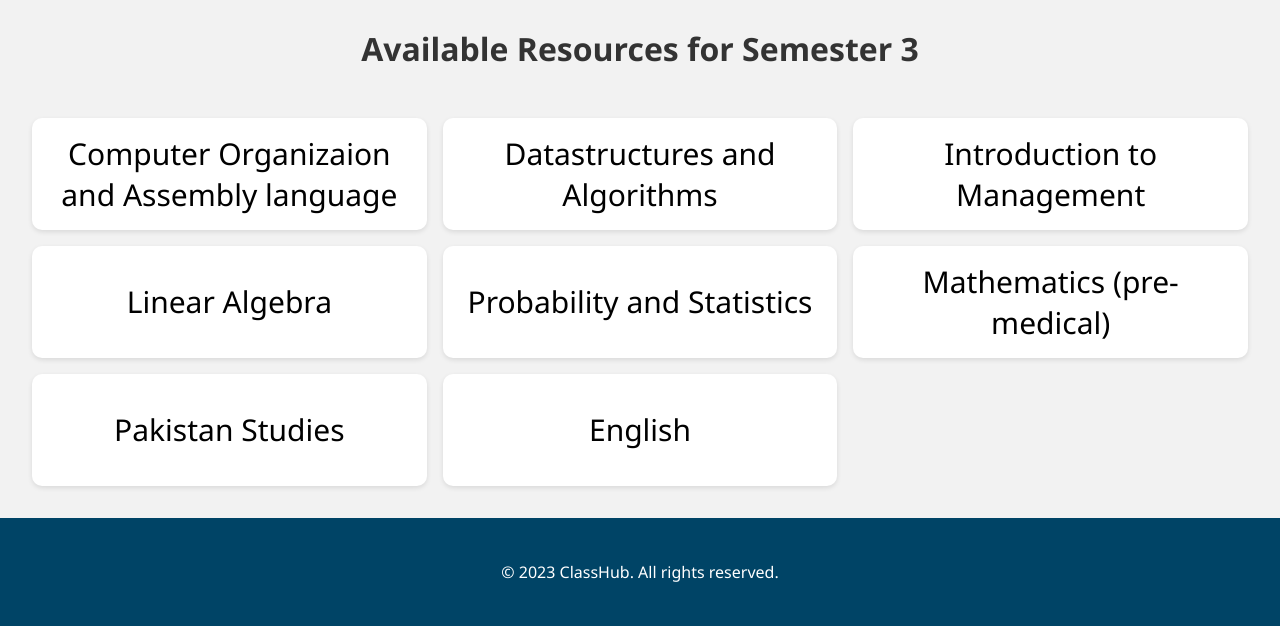
Repository: MariamSawera/eduNova
Page: semester3.html
An editor plug-in stored every save of this project. The page is shown before and after the next save, followed by the edit.
The browser window is 1280 px wide. The pictures show the part of the page from y = 294 to 920 px (the page is 920 px tall).

Above is the page before, as saved 2025-07-21 21:58:10.

After the next save:
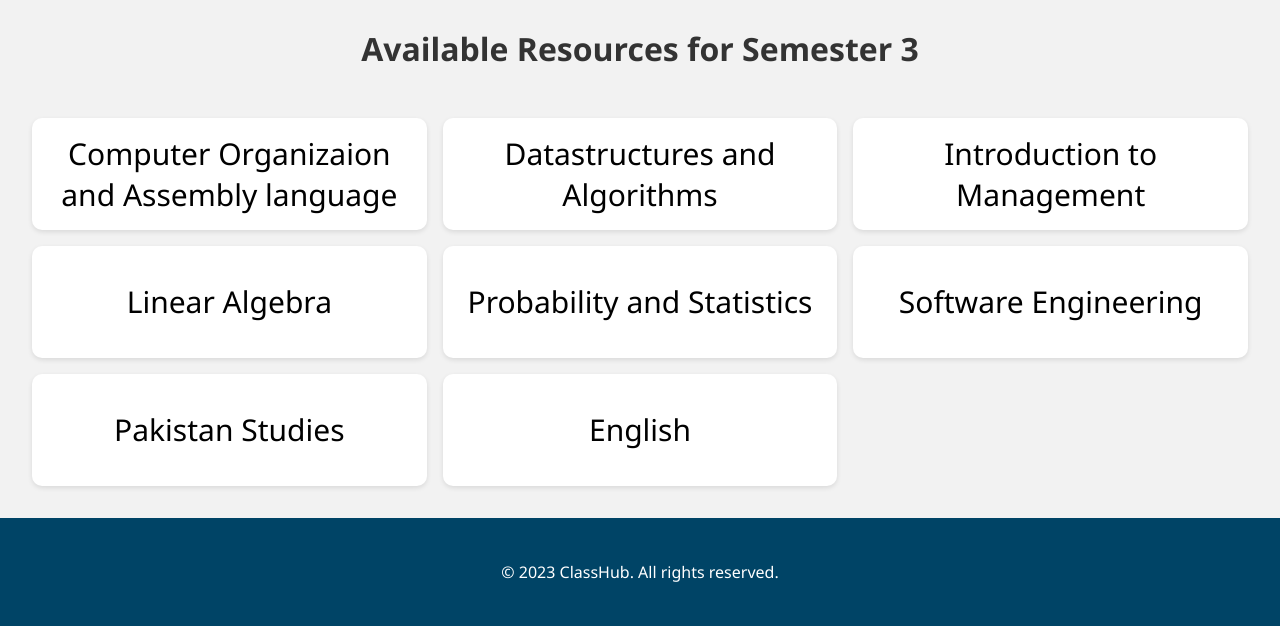
Saved 42 s later.
--- a/semester3.html
+++ b/semester3.html
@@ -35,7 +35,7 @@
         <div class="link-card" style="color: black;"><a href="https://drive.google.com/drive/folders/1RUoVfc7yJGG9y0GH6Rf8NaVFJcMZH0cU?usp=drive_link" target="_blank">Introduction to Management</a></div>
         <div class="link-card" style="color: black;"><a href="https://drive.google.com/drive/folders/1Rs_GfnSkNaXx21Myzr1A1FRKXMPBzKuM?usp=drive_link" target="_blank">Linear Algebra</a></div>
         <div class="link-card" style="color: black;"><a href="https://drive.google.com/drive/folders/1RiA-t-4hysOC3GAGiCZ9xZH0OFtb_J-d?usp=drive_link" target="_blank">Probability and Statistics</a></div>
-        <div class="link-card" style="color: black;"><a href="https://drive.google.com/drive/folders/10l_7g8jQ9fqraMbjIqZynxW4N8hcbFr2?usp=drive_link" target="_blank">Mathematics (pre-medical)</a></div>
+        <div class="link-card" style="color: black;"><a href="https://drive.google.com/drive/folders/1Rhwbmy2kPyiS01qC0sFUpp5nLTja93Ux?usp=drive_link" target="_blank">Software Engineering </a></div>
         <div class="link-card" style="color: black;"><a href="https://drive.google.com/drive/folders/1013mME8j22eaJip78wbZ1QB-dDGhfw2A?usp=drive_link" target="_blank">Pakistan Studies</a></div>
         <div class="link-card" style="color: black;"><a href="https://drive.google.com/drive/folders/10gWOP3mKbQupVoY0L6sB0ZBs8oteaTOw?usp=drive_link"target="_blank">English</a></div>
     </div>
